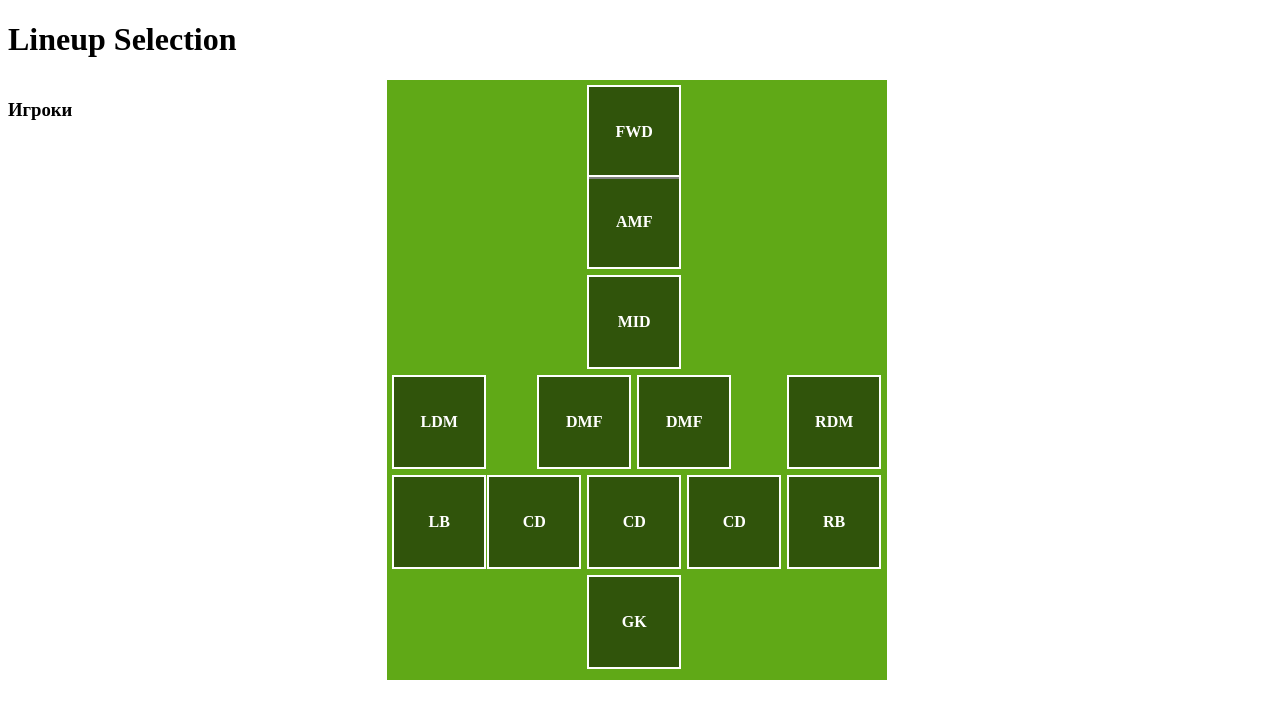
Repository: greatgreek73/soccergame
Page: http://localhost/lineup-selection/
The author's editor kept a copy of each file at every save. The page is drawn from the files as they stood at one save, then again after the next save.
The browser window is 1280 px wide. The pictures show the whole page.
Some web libraries are served in a nearby version. The page is served by the project's application, run on Django 4.2 (manage.py). A made-up administrator, testuser (Test User, test@example.com), is signed in. Queries for data that is not in the repository find no rows.

Above is the page before, as saved 2024-04-19 20:52:36.

After the next save:
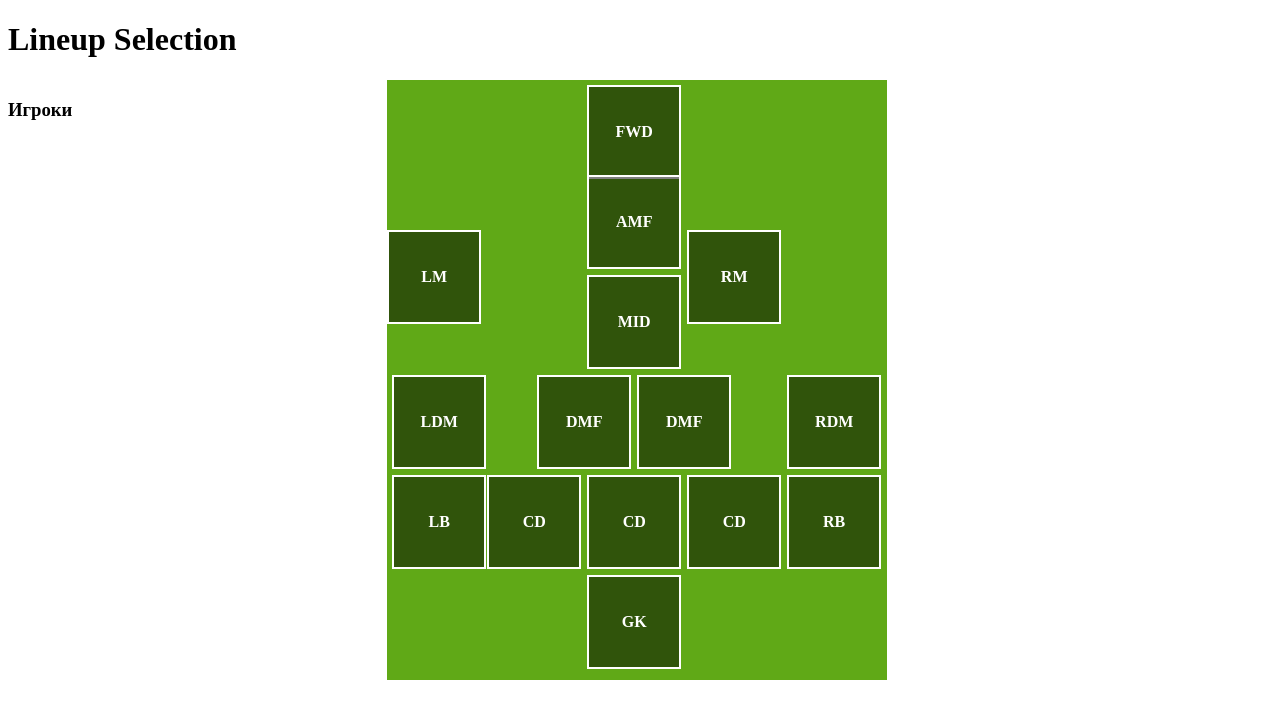
Saved 65 s later.
--- a/players/templates/lineup_selection.html
+++ b/players/templates/lineup_selection.html
@@ -186,6 +186,8 @@
             <div class="position" data-position="RDM" style="top: 295px; left: 400px;">RDM</div>
             <div class="position" data-position="LDM" style="top: 295px; left: 5px;">LDM</div>
             <div class="position" data-position="MID" style="top: 195px; left: 200px;">MID</div>
+            <div class="position" data-position="RM" style="top: 150px; left: 300px;">RM</div>
+            <div class="position" data-position="LM" style="top: 150px; left: 0px;">LM</div>
             <div class="position" data-position="FWD" style="top: 5px; left: 200px;">FWD</div>
             <div class="position" data-position="DMF" style="top: 295px; left: 250px;">DMF</div>
             <div class="position" data-position="DMF" style="top: 295px; left: 150px;">DMF</div>
